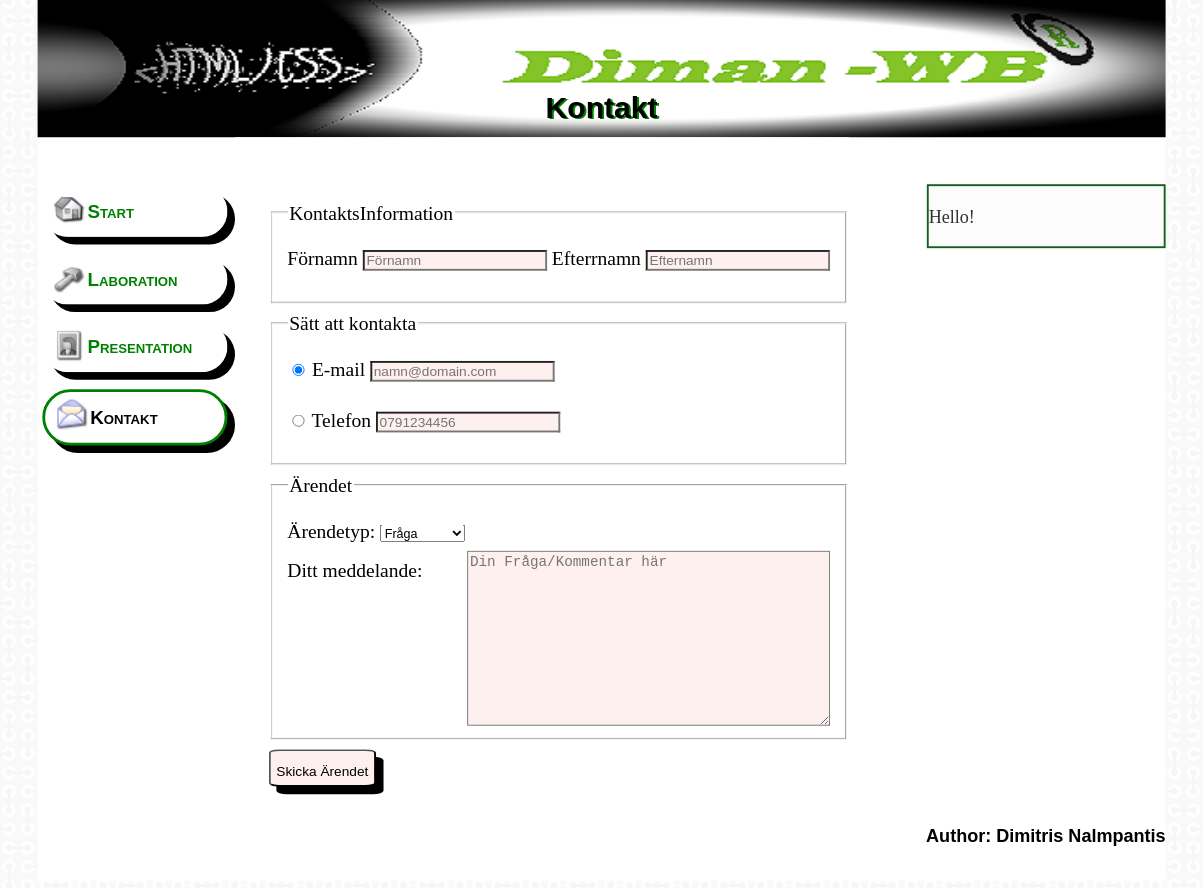
Repository: dn222em/1ik415-laborationer
Page: pages/Kontakt.html
The author's editor kept a record of every edit. The page is drawn from the files as they stood at one moment, then again after the next edit.
The browser window is 1280 px wide. The pictures show the whole page, at 94% of full size.
Backgrounds fixed to the window are drawn as part of the page.

Above is the page before.

### pages/Kontakt.html
<!doctype html>
<html lang="sv">
<head>
    <meta charset="utf-8" />
        <title>Kontakt</title>
            <link rel="stylesheet" href="../CSS/style.css"/>
            <link rel="stylesheet"media="only screen and (min-width:481px)"  href="../CSS/style.css" />
			<link rel="stylesheet" media="only screen and (max-width:480px)" href="../../CSS/sp.css" />
			<link rel="apple-touch-icon" sizes="144x144" href="../CSS/pics/apple-touch-icon-144x144.png" />
			<link rel="shortcut icon" href="../CSS/pics/favicon.png" type="image/png" />
					<meta name="viewport" content="width=device-width, initial-scale=1.0" />
</head>
<body>
<div id="container">
	<div id="top">

		<h1 id="title">Kontakt</h1>
	</div>

	<div id="navigation">
		<ul id="menu_pictures" class="menu">
			<li><a id ="home" href="../index.html">Start</a></li>
			<li><a id ="labor" href="../pages/laborationer.html">Laboration</a></li>
			<li><a id ="present" href="../pages/Presentation.html">Presentation</a></li>
			<li><a id ="cont" href="../pages/Kontakt.html" class="active4" >Kontakt</a></li>
		</ul>
	</div>
    <div id="content">
		    <p></p>
<form class="contakt_form" action="http://voyager.lnu.se/tekinet/kurser/dtt/wp_webbintro/form.php" method="POST" >
   <fieldset>
       <legend>KontaktsInformation</legend>
                   Förnamn
            <input required placeholder="Förnamn" maxlength="13" type="text" name="namn" />
                    Efterrnamn
            <input required placeholder="Efternamn" maxlength="26" type="Text" name="efternamn" />


    </fieldset>
    <fieldset>
         <legend>Sätt att kontakta</legend>
             <input class="pavlis" type="radio" name="group1" value="e-mail" checked /> E-mail
              <input required placeholder="namn@domain.com" type="email" name="email" />
              <br />
              <input class="pavlis" type="radio" name="group1" value="telef"/> Telefon
              <input placeholder="0791234456" type="tel" name="telefon">

    </fieldset>
    <fieldset>
        <legend>Ärendet</legend>
            Ärendetyp:
            <select name="Ärendet">
                <option value="fråga">Fråga</option>
                <option value="kommentar">Kommentar</option>
                <option value="övrigt">Övrigt</option>
           <br />
            </select>
          <br />Ditt meddelande:
            <textarea Ditt meddelande: required placeholder="Din Fråga/Kommentar här" name="meddelande" cols="40" rows="10"></textarea>
   </fieldset>
            <input class="zozo" type="submit" name="submit" id="submit" value="Skicka Ärendet" />
   </form>

   </div>
    <div id="sidebar">
    <p>Hello!</p>
    </div>

    <div id="footer">
    <h6>Author: Dimitris Nalmpantis</h6>
    </div>
</div>
 </body>

</html>

### CSS/sp.css

/* Mobile Stylesheet - screens <= 480 px;
------------------------------------------------------------------------------*/
/*Layout
 Using: Two columns floating layout
Total width: 1200px
-----------------------------------------------------------------------------------------------------------*/
/*Container white (#FFFFF)
*Top -  green { #125F1B } --> Title( #2A8018)
*Navigation green
*Content - #FFFFF
*footer-white { #fff }
*Siderbar #fcfcfc (white.gray)

------------------------------------------------------------------*/

@media screen {

#container {

			width: 100%;
			background-color:white;
			margin:0 auto;

}

/*Top
-------------------------------------------------------------------*/
#top {

			height: auto;
			background-color: #125F1B;
			background: url('../pics/logo.png') no-repeat; background-size: 100%;


}

#title {
			font-family: "arial", "helvetica", "serif";
			color: black;
			font-size:1.5em;
			text-shadow: 2px 2px green;
			text-align:center;
			padding-top: 60px;
}

/*Navigation -Menu
-------------------------------------------------------------------*/
#navigation {
			margin-top: 1px;
			width: 100%;
			float: left;
			background-color:#FFF;
			padding:0px;
			padding-top:50px;

}

/*Content
-------------------------------------------------------------------*/
#content {
			background-color: #FFF;
			max-width: 100%;
			margin-bottom: 20px;
			float:left;
			padding-right:5px;
			padding-left:5px;
}

/*Sidebar
-------------------------------------------------------------------*/
#sidebar {
			background-color: #fcfcfc;
			font-family: "arial", "helvetica", "sans-serif"; color: white;
			border: 2px solid #125F1B;
			margin-top: 50px;
			max-width: 100%;
			float: left;
			padding:0px;
}

/*Footer
--------------------------------------------------------------------*/
#footer {

	   clear:both;
	   padding:10px;
	   background-color:#fff;
	   color:white;
	   text-align:right;
	   height:60px;

}

/*Menu attributes
------------------------------------------------------*/
.menu {
			float:none;
			font-family: "arial", "helvetica", "serif"; font-variant:small-caps;
			font-size: 20px; font-weight:bold;
			margin-top:1px;
			margin-left:0px;
			padding:0px;
			width:100%;

}

.menu li {
			text-decoration:none;
			list-style-type:none;
			height: 72px; line-height: 45px;
			padding-top:0px;
			padding-left:0px;
			padding-right:0px;
			width: 100%;
}
.menu li a {
			display:block;
			/*	text-align:center;*/
			text-indent: 90px;
			width: 96%;
			background-color:green;
			color:white;
			border-radius:58px;
			box-shadow:8px 8px black;
			background-image: url(pics/sprite.png);
			background-repeat:no-repeat;
			padding:3px 3px 3px 3px;

}

.menu li a:visited{ color:white; background-color:green;}

.menu li a:hover{ background-color:white;color:green; border: solid 3px #DEBF40;}

.menu li a:focus { background-color:black;	color:green;}

/*adding sprites on menu
----------------------------------------*/
#home { background-position: 50px -55px; background-size: 32px;} /*kom ihåg -första gäller x-led och andra y-led (uppe + och nere -) mellanrum mellan bilderna spelar roll*/
#home:hover { background-position:50px 9px;}

#labor { background-position: 50px -180px; background-size: 32px;}
#labor:hover { background-position: 50px -116px;}

#present { background-position: 50px -310px; background-size: 32px}
#present:hover { background-position: 50px -246px;}

#cont { background-position: 50px -440px; background-size: 32px;}
#cont:hover { background-position: 50px -376px;}

a.active1   {background-color:white !important;
			color:black !important;
			border: solid 3px green;
			border-radius:58px;
		 box-shadow:8px 8px black;
			background-position:50px 9px!important;
}
a.active2   {background-color:white !important;
			color:black !important;
			border: solid 3px green;
			border-radius:58px;
		 box-shadow:8px 8px black;
			background-position: 50px -116px!important;
}
a.active3   {background-color:white !important;
			color:black !important;
			border: solid 3px green;
			border-radius:58px;
		 box-shadow:8px 8px black;
			background-position: 50px -246px!important;
}
a.active4   {background-color:white !important;
			color:black !important;
			border: solid 3px green;
			border-radius:58px;
		 box-shadow:8px 8px black;
			background-position: 50px -376px!important;
}




/*End menu!
------------------------------------------------------------------------------*/



/*Media
------------------------------*/
img { width:100%;}

video {width:100%;}



/*Typografi
---------------------------------------------------------------------------------------------------------*/
/*Links
-------------------------------*/
a:link {color:green; text-decoration:none;}
a:visited {color:#CB29D5;} /*lila*/
a:hover{color:red;}
a:focus {color:blue;}
a:active{color:#29D17;} /*light-green*/

/*Headers
------------------------------*/
													/*body {font-family :"times", "georgia", "serif", "Lucida Sans Unicode", "Lucida Grande";
														line-height: 25px; color: #312F2F; font-size: 1.1em; width:674px;} ---->onödigt.Problem*/

h1, h2, h3, h4, h5, h6 {font-family: "arial", "tahoma", "helvetica", "san serif", "verdana";
font-weight:bold; color: #2A8018; line-height: 1.5em;  font-size: 1.5em;} /*tema-green*/

h2 {line-height: 28px;  font-size: 1.4px;}
h3 {line-height: 26px;  color:  black; font-size: 1.4em;}
h4 {line-height: 25px;  color:  black; font-size: 1.3em;}
h5 {line-height: 25px;  color:  black; font-size: 1.2em; text-transform:uppercase;}
h6 {line-height: 25px;  color:  black; font-size: 1.1em; font-weight:none;}

/*Body
-----------------------------*/
p {font-family : "Times New Roman", "times", "georgia", "serif", "Lucida Sans Unicode", "Lucida Grande";
			line-height: 25px; color: #312F2F; font-size: 1em;} /*grey-black*/

#content ol, ul{font-family: "arial", "tahoma", "helvetica", "san serif", "verdana";
			line-height: 25px; color: #4829D1; font-size: 1em;}

#content li, dl, dt, dd  {font-family :"times", "georgia", "serif", "Lucida Sans Unicode", "Lucida Grande";
			line-height: 25px; color: #312F2F; font-size: 1em; font-weight:bold;}




/*Form -  Contakt.
--------------------------------*/
.contakt_form {width:100%;
			padding-top:40px;
			line-height:2em;
			font-size: 1.3em;

}

.contakt_form label { text-align:right;}

.contakt_form input {background-color: #FFF0F0; font-size: 0.7em; margin-bottom:20px;}

.contakt_form option {width:80px; }

.contakt_form textarea {background-color: #FFF0F0; font-size: 0.9em; float:right; resize:vertical; width:100%; height:320px;}

.zozo {background-color: rgb(240, 240, 240);
			height: 45px; line-height: 43px;
			text-align:center;
			margin-top:10px;
			border-radius:10%;
			font-size:0.8em;
			box-shadow:8px 8px black;
}


/*Speciall tabeller- classes
------------------------------------*/

.tables {border:3px solid green; font-size:1.3em; line-height:50px; text-align:center;}

.tables, td {border:solid 2px black ; width: 600px; height:auto;}


.single{border:3px solid green;background-color: /*rgb(150, 224, 150)*/ green;color:white;}

.doubbel{ border:solid 3px green; background-color:/*rgb(240, 240, 240)*/ white;
			color: green;}


/*Speciall media - classes
 -----------------------------------*/

 .minilogo { background-image:url("pics/minilogob.jpg"); /*minilogo på första titeln*/
			background-repeat: no-repeat;/* repeat, repeat-x, repeat-y */
			background-position: top left; /* right, bottom, center ... */
			background-size: 40px 50px;
			text-indent: 30px;
			font-size: 30px;
			line-height:53px;
 }

.ram{border-style:none; background-color: white; margin:0; padding:0;}
.ram h3 {border:none;}
}

Loaded but not shown: CSS/style.css (539 lines, source omitted)

After the next edit:
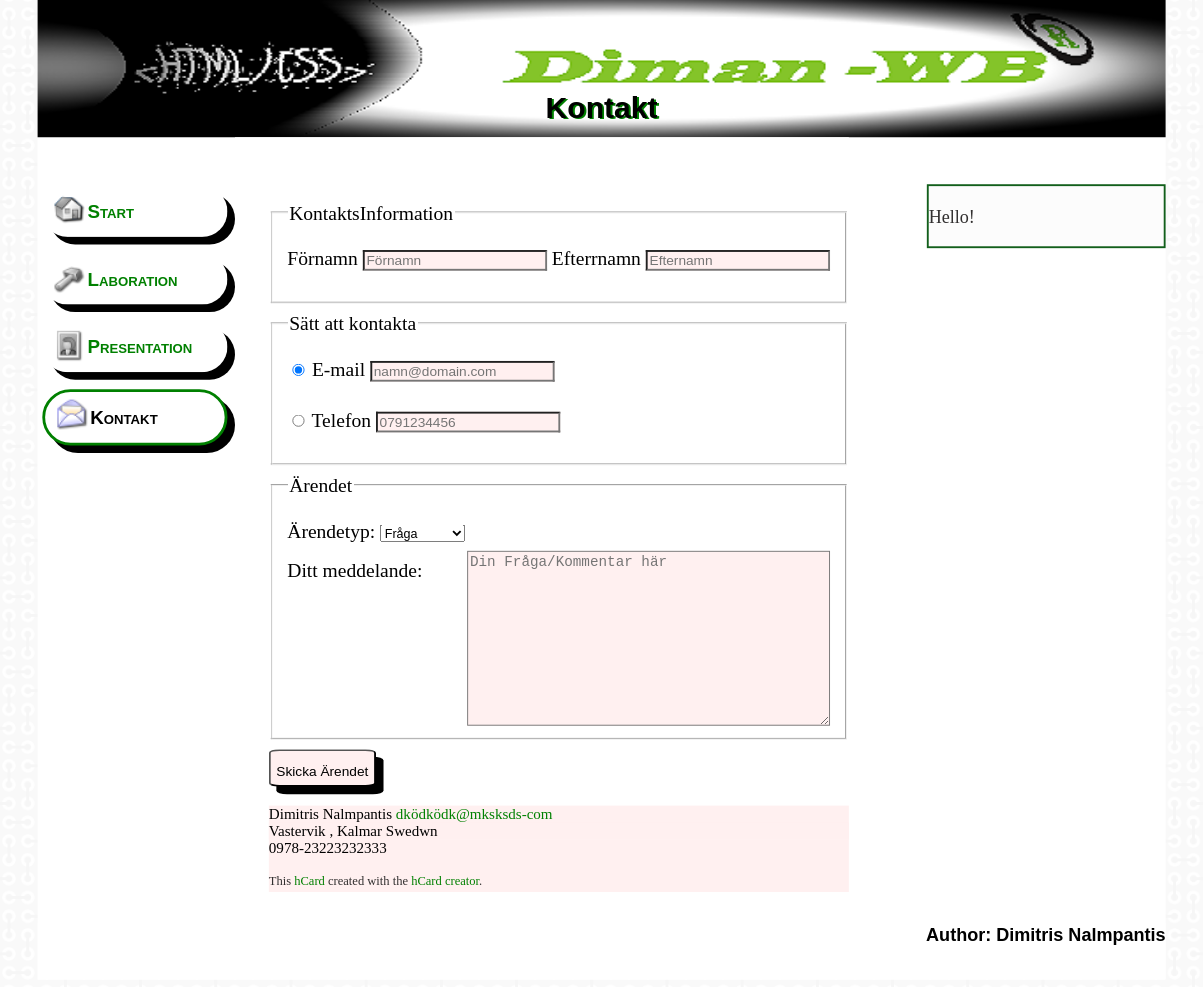
The edit:
--- a/pages/Kontakt.html
+++ b/pages/Kontakt.html
@@ -61,6 +61,25 @@
             <input class="zozo" type="submit" name="submit" id="submit" value="Skicka Ärendet" />
    </form>
 
+           <!--hcard-->
+            <div id="hcard-Dimitris-Nalmpantis" class="vcard">
+            <span class="fn n">
+            <span class="given-name">Dimitris</span>
+            <span class="additional-name">Nalmpantis</span>
+            <span class="family-name"></span>
+            </span>
+            <a class="email" href="mailto:dködködk@mksksds-com">dködködk@mksksds-com</a>
+            <div class="adr">
+            <span class="locality">Vastervik</span>
+            ,
+            <span class="region">Kalmar</span>
+
+            <span class="country-name">Swedwn</span>
+
+            </div>
+            <div class="tel">0978-23223232333</div>
+            <p style="font-size:smaller;">This <a href="http://microformats.org/wiki/hcard">hCard</a> created with the <a href="http://microformats.org/code/hcard/creator">hCard creator</a>.</p>
+</div>
    </div>
     <div id="sidebar">
     <p>Hello!</p>

After the 4 edits that followed:
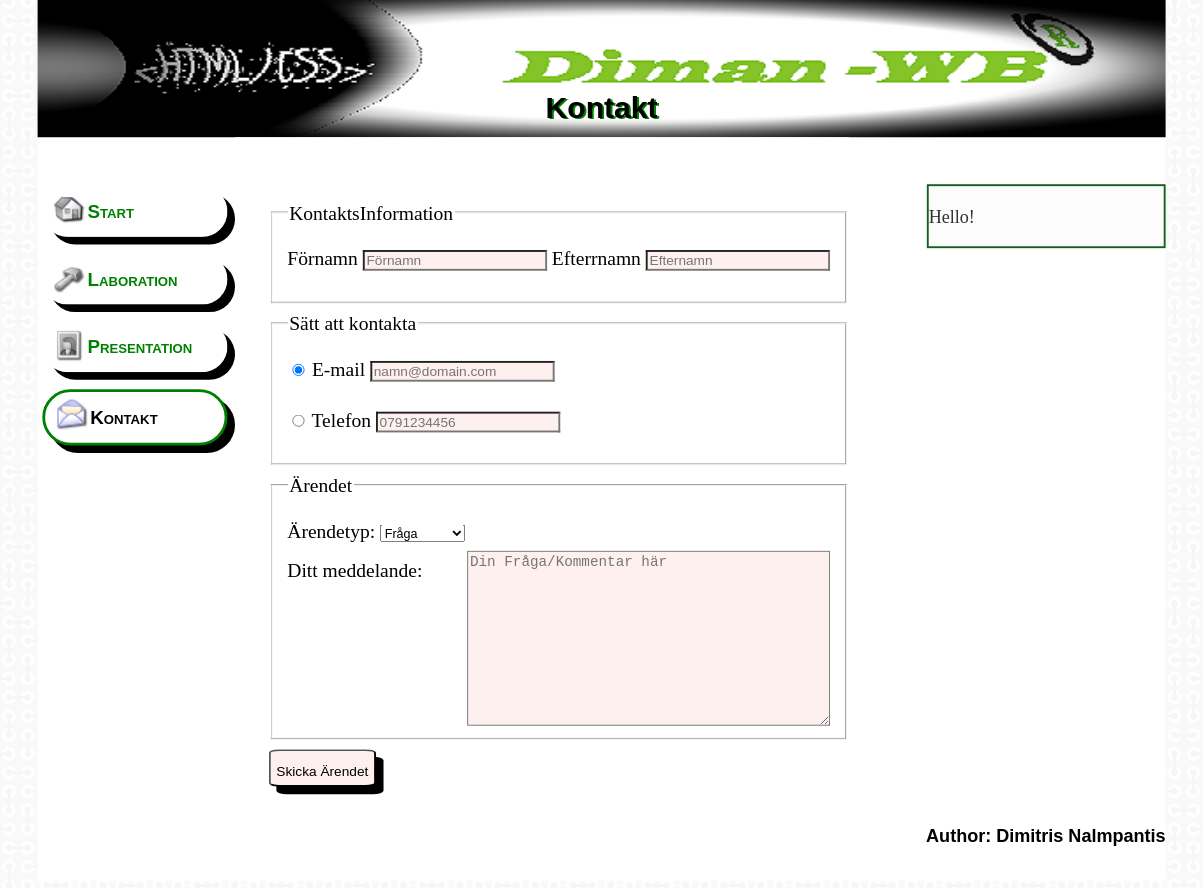
The 4 edits are shown as one change because 3 left the picture as it was.
The edit:
--- a/pages/Kontakt.html
+++ b/pages/Kontakt.html
@@ -61,25 +61,6 @@
             <input class="zozo" type="submit" name="submit" id="submit" value="Skicka Ärendet" />
    </form>
 
-           <!--hcard-->
-            <div id="hcard-Dimitris-Nalmpantis" class="vcard">
-            <span class="fn n">
-            <span class="given-name">Dimitris</span>
-            <span class="additional-name">Nalmpantis</span>
-            <span class="family-name"></span>
-            </span>
-            <a class="email" href="mailto:dködködk@mksksds-com">dködködk@mksksds-com</a>
-            <div class="adr">
-            <span class="locality">Vastervik</span>
-            ,
-            <span class="region">Kalmar</span>
-
-            <span class="country-name">Swedwn</span>
-
-            </div>
-            <div class="tel">0978-23223232333</div>
-            <p style="font-size:smaller;">This <a href="http://microformats.org/wiki/hcard">hCard</a> created with the <a href="http://microformats.org/code/hcard/creator">hCard creator</a>.</p>
-</div>
    </div>
     <div id="sidebar">
     <p>Hello!</p>
